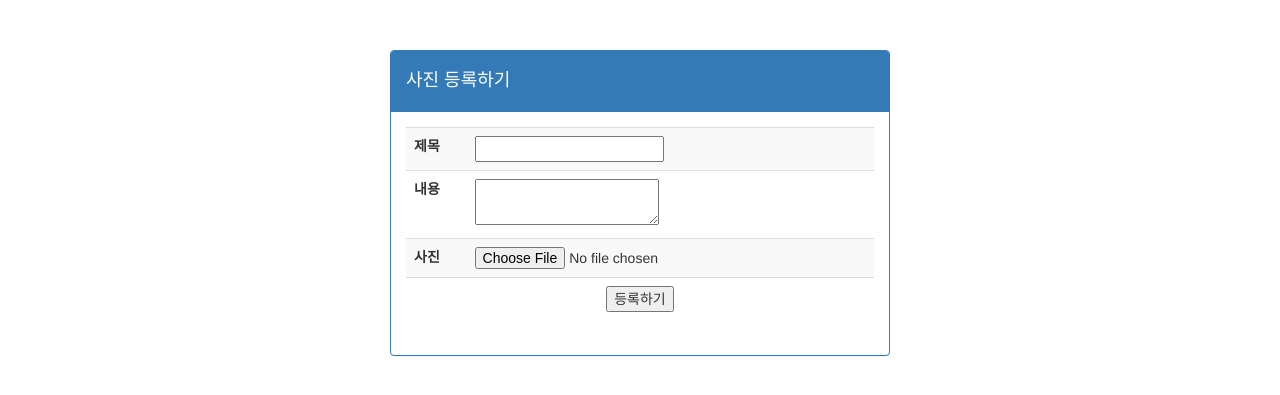
Repository: simDev1234/WebStudy
Page: http://localhost/2022_0607_PhotoGallery/photo/photo_insert_form.jsp
The author's editor kept a copy of each file at every save. The page is drawn from the files as they stood at one save, then again after the next save.
The browser window is 1280 px wide. The pictures show the whole page.
The page is served by Tomcat 9.

Above is the page before, as saved 2022-06-08 03:00:09.

After the next save:
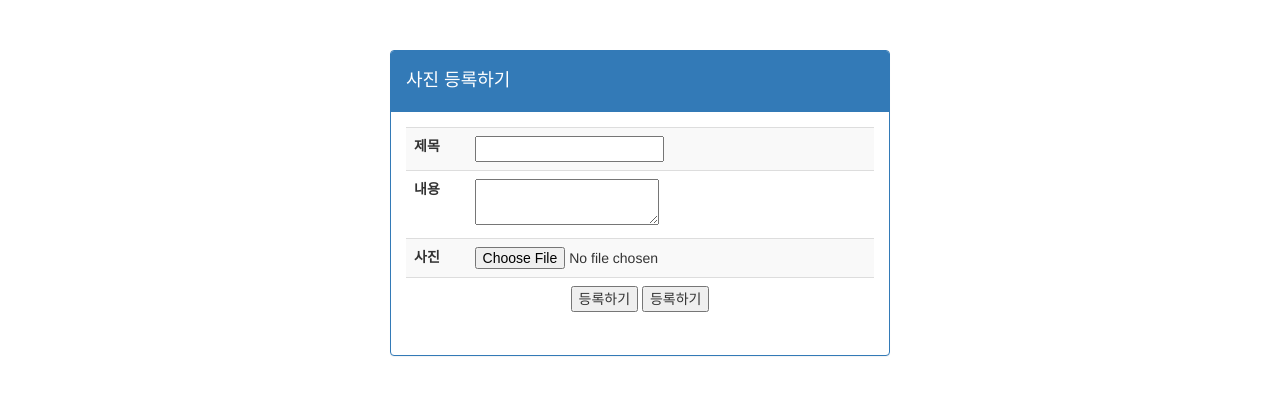
Saved 13 s later.
--- a/_01_상반기_WebStudy/2022_0607_PhotoGallery/src/main/webapp/photo/photo_insert_form.jsp
+++ b/_01_상반기_WebStudy/2022_0607_PhotoGallery/src/main/webapp/photo/photo_insert_form.jsp
@@ -38,6 +38,7 @@
 	              <tr>
 	                <td colspan = "2" align = "center">
 	                  <input type = "button" value = "등록하기" onclick = "send(this.form);">
+	                  <input type = "button" value = "등록하기" onclick = "send(this.form);">
 	                </td>
 	              </tr>
 	          </table>
